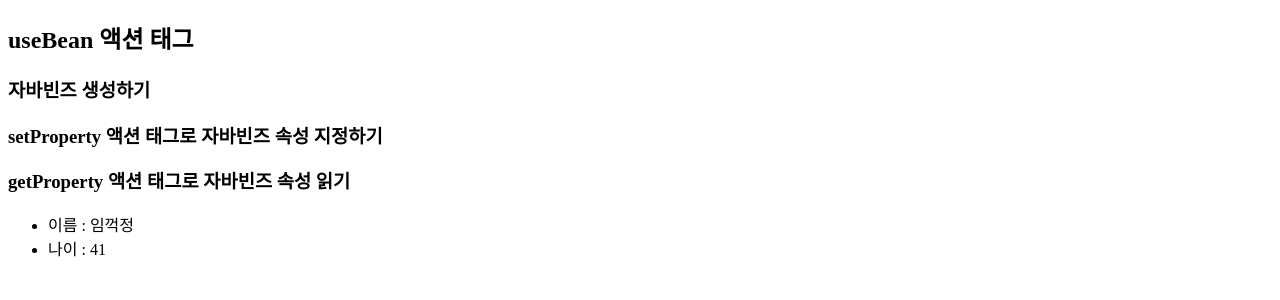
Repository: SteelIndustry/neo
Page: http://localhost/HelloWorld/07ActionTag/UseBeanForm.jsp
The author's editor kept a copy of each file at every save. The page is drawn from the files as they stood at one save, then again after the next save.
The browser window is 1280 px wide. The pictures show the whole page.
The page is served by Tomcat 9.

Above is the page before, as saved 2022-09-07 02:10:17.

After the next save:
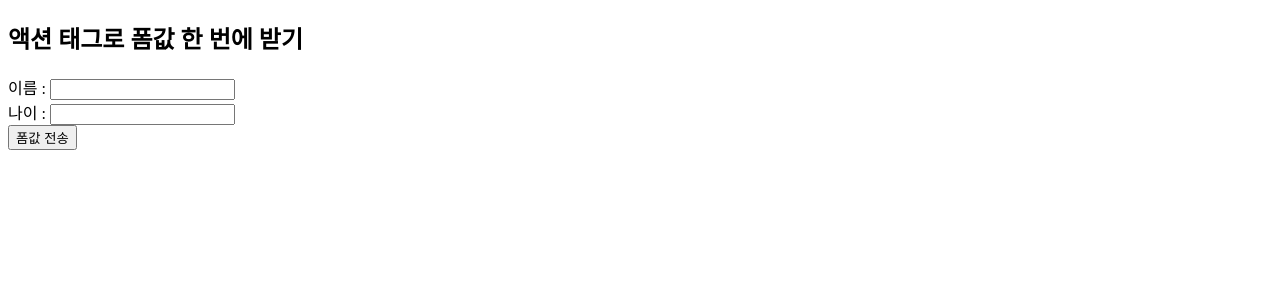
Saved 2 min 0 s later.
--- a/WebJSP/HelloWorld/WebContent/07ActionTag/UseBeanForm.jsp
+++ b/WebJSP/HelloWorld/WebContent/07ActionTag/UseBeanForm.jsp
@@ -8,19 +8,11 @@
 <title>액션 태그 - UseBean</title>
 </head>
 <body>
-	<h2>useBean 액션 태그</h2>
-	<h3>자바빈즈 생성하기</h3>
-	<jsp:useBean id="person" class="common.Person" scope="request"/>
-
-	<h3>setProperty 액션 태그로 자바빈즈 속성 지정하기</h3>
-	<!-- name은 useBean 에서 지정한 id 넣으면 됨. -->
-	<jsp:setProperty property="name" name="person" value="임꺽정"/>
-	<jsp:setProperty property="age" name="person" value="41"/>
-
-	<h3>getProperty 액션 태그로 자바빈즈 속성 읽기</h3>
-	<ul>
-		<li>이름 : <jsp:getProperty property="name" name="person"/></li>
-		<li>나이 : <jsp:getProperty property="age" name="person"/> </li>
-	</ul>
+	<h2>액션 태그로 폼값 한 번에 받기</h2>
+	<form action="UseBeanAction.jsp" method="post">
+		이름 : <input type="text" name="name" /><br />
+		나이 : <input type="text" name="age" /><br />
+		<input type="submit" value="폼값 전송" />
+	</form>
 </body>
 </html>
